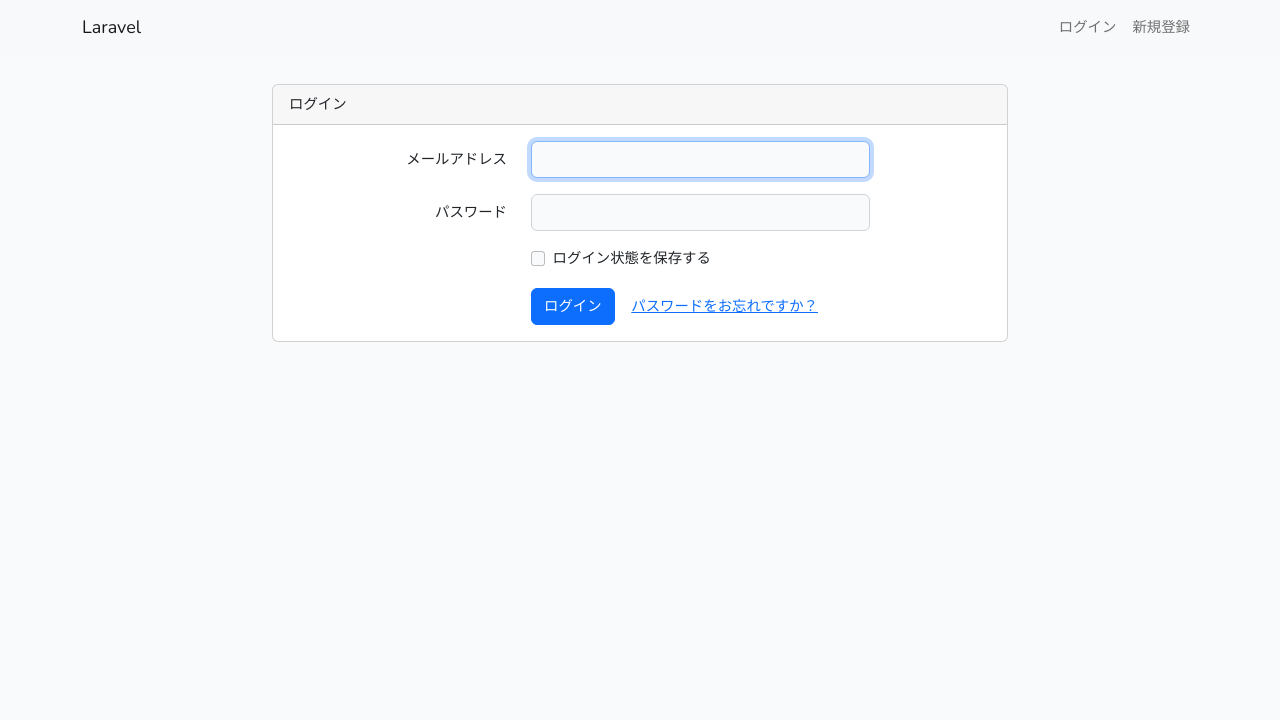
Repository: takaran/laravel-todo-kadai
Page: http://localhost/login
These files come from the project's save history. The page is drawn as it stood at one moment and after the next save; the edit follows.
The browser window is 1280 px wide. The pictures show the whole page.
The page is served by the project's Laravel application, run on PHP 8.4 with Laravel 9. Style sheets and scripts are compiled from the project's sources, by tool versions that may differ from the author's.

Above is the page before, as saved 2024-06-02 15:25:54.

After the next save:
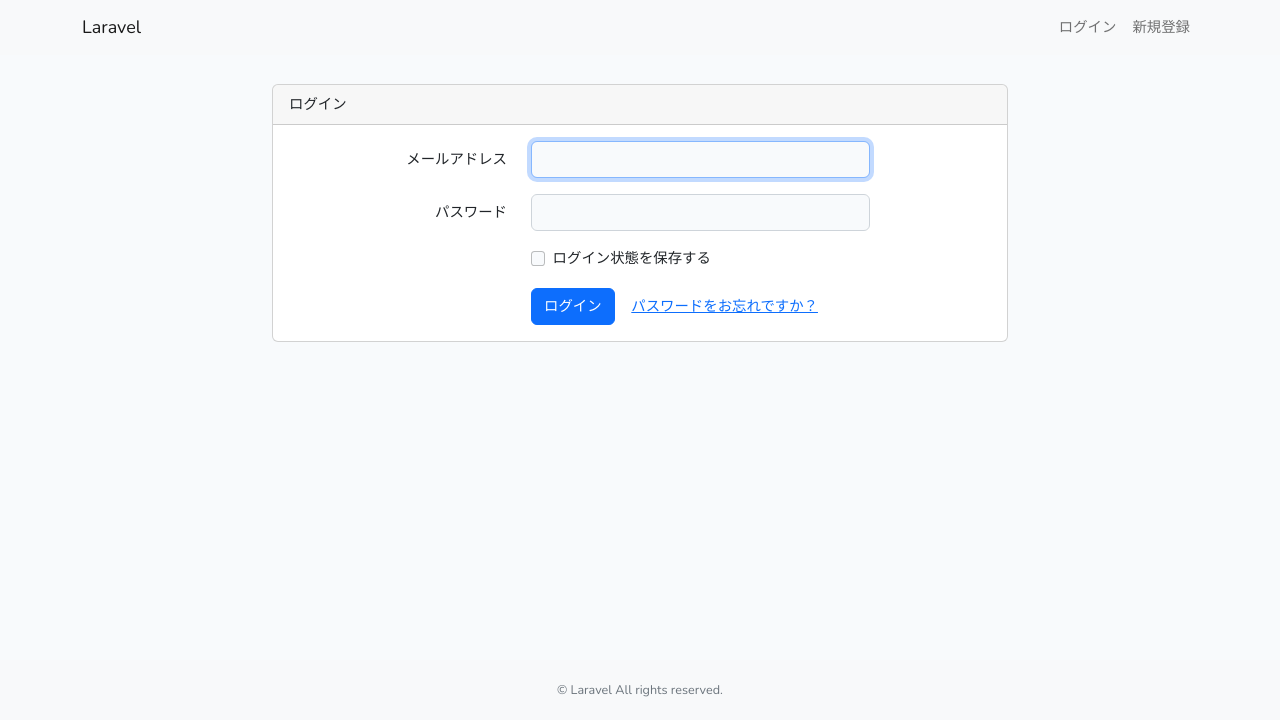
Saved 21 s later.
--- a/resources/views/layouts/app.blade.php
+++ b/resources/views/layouts/app.blade.php
@@ -25,6 +25,10 @@
         <main class="py-4">
             @yield('content')
         </main>
+
+
+        @include('layouts.footer')
+
     </div>
 </body>
 
